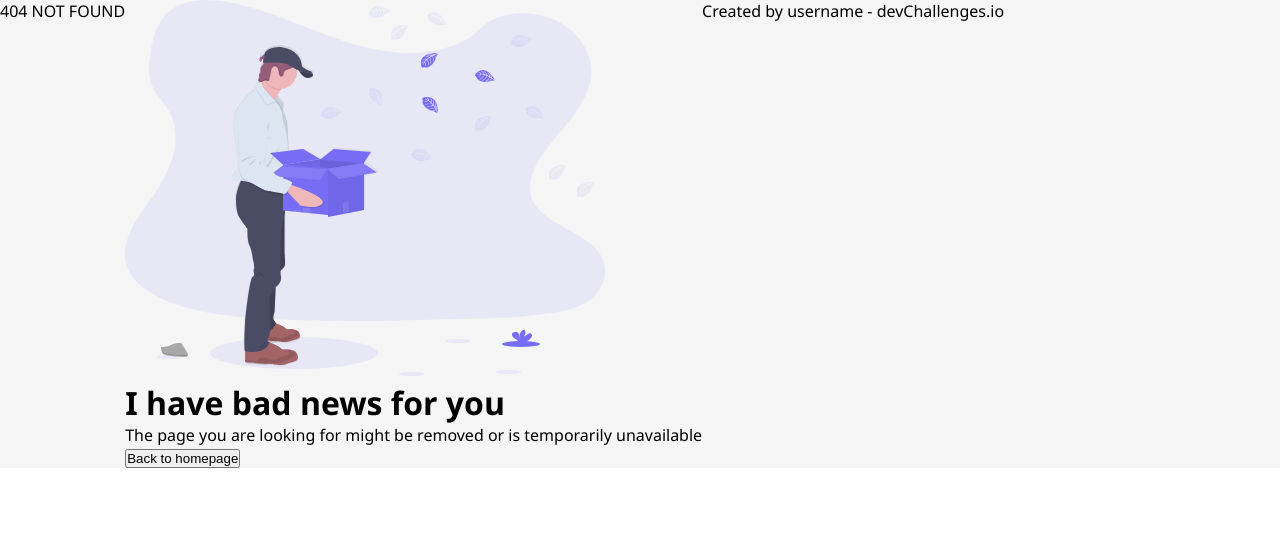
Repository: georgisenze/404-not-found-challeng
Page: index.html
The author's editor kept a copy of each file at every save. The page is drawn from the files as they stood at one save, then again after the next save.
The browser window is 1280 px wide. The pictures show the whole page.

Above is the page before, as saved 2023-02-14 07:21:04.

### index.html
<!DOCTYPE html>
<html lang="en">
<head>
    <meta charset="UTF-8">
    <meta http-equiv="X-UA-Compatible" content="IE=edge">
    <meta name="viewport" content="width=device-width, initial-scale=1.0">
    <title>404 page not found</title>
    <link rel="stylesheet" href="assets/css/style.css">
</head>
<body>
    <div class="main">
        <header>
            <p>404 not found</p>
        </header>

        <div class="container">
            <div class="row">
                <div class="col-6">
                    <img src="assets/img/404-illustration.svg" alt="">
                </div>
                <div class="col-6">
                    <div class="col-2">
                        <h1>I have bad news for  you</h1>
                    </div>
                    <div class="col-2">
                        <p>The page you are looking for might be removed or is temporarily unavailable</p>
                    </div>
                    <div class="col-2">
                        <button>Back to homepage</button>
                    </div>
                </div>
            </div>
        </div>

        <footer>
            <p>Created by <span>username</span> - devChallenges.io </p>
        </footer>

    </div>

</body>
</html>

### assets/css/style.css
*{
    margin: 0;
    padding: 0;
}

body{
    font-family: 'Segoe UI', Tahoma, Geneva, Verdana, sans-serif;
}

.main {
    display: flex;
    background-color: whitesmoke;
}

header p {
    text-transform: uppercase;
}

After the next save:
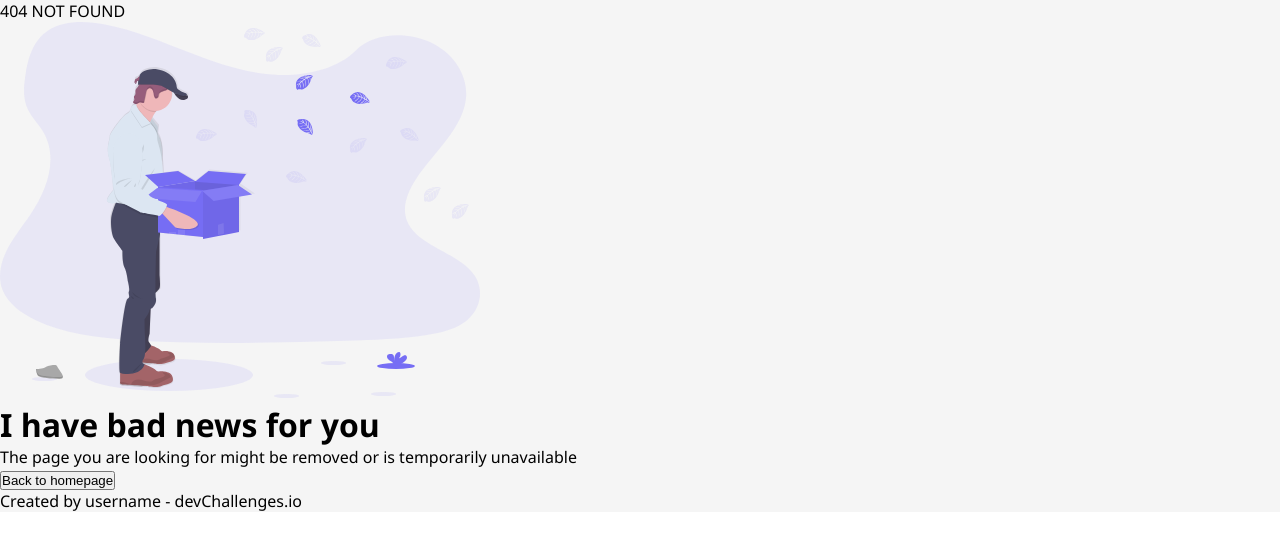
Saved 22 s later.
--- a/assets/css/style.css
+++ b/assets/css/style.css
@@ -8,7 +8,7 @@ body{
 }
 
 .main {
-    display: flex;
+    display: block;
     background-color: whitesmoke;
 }
 
